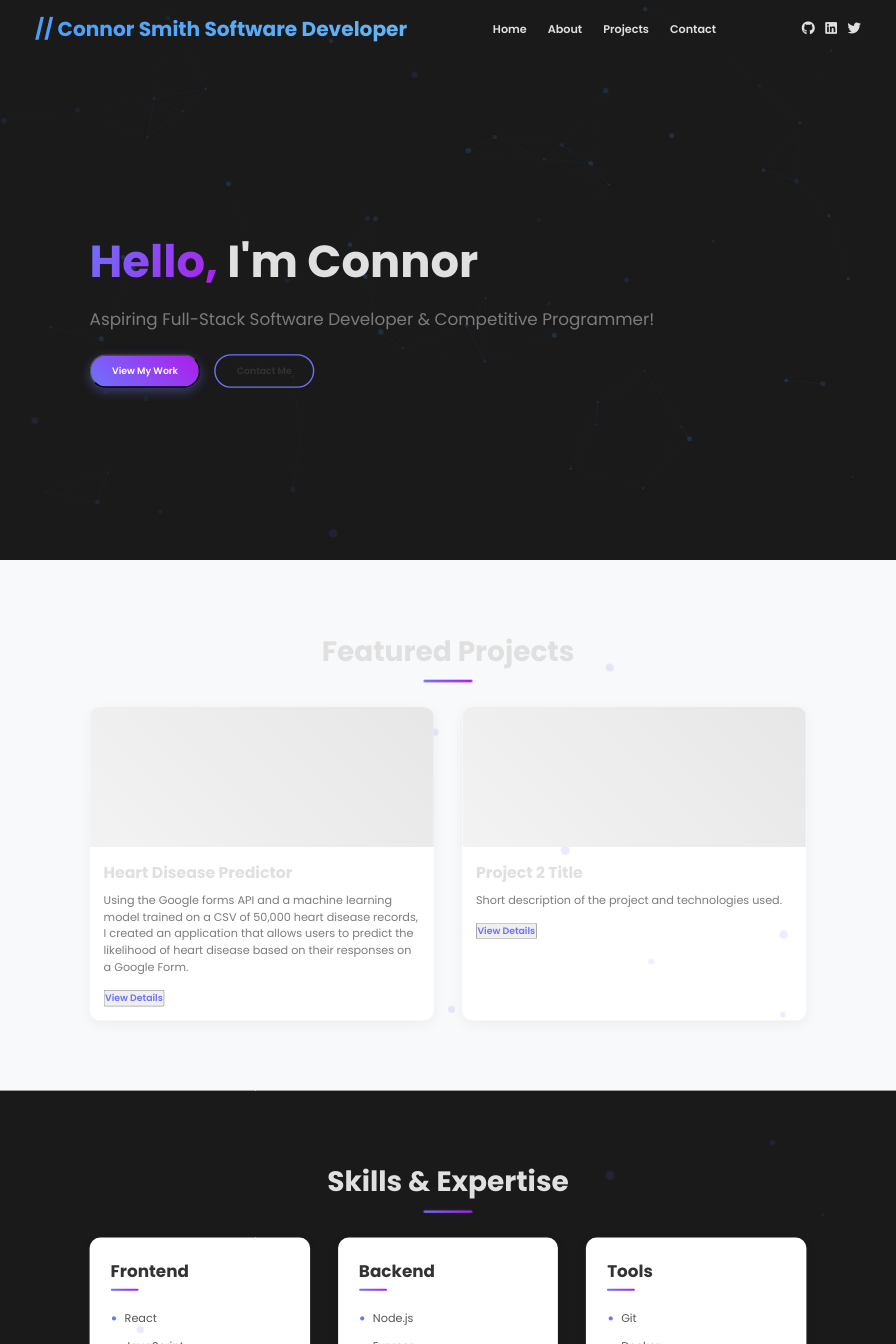
Repository: connorGS9/portfolio-website
Page: /
The author's editor kept a copy of each file at every save. The page is drawn from the files as they stood at one save, then again after the next save.
The browser window is 1280 px wide. The pictures show the part of the page from y = 0 to 1920 px (the page is 3322 px tall), at 70% of full size.
The project was rebuilt for these pictures with package versions that can differ from the ones it lists, and the page was loaded fresh each time.

Above is the page before, as saved 2025-05-28 22:42:52.

After the next save:
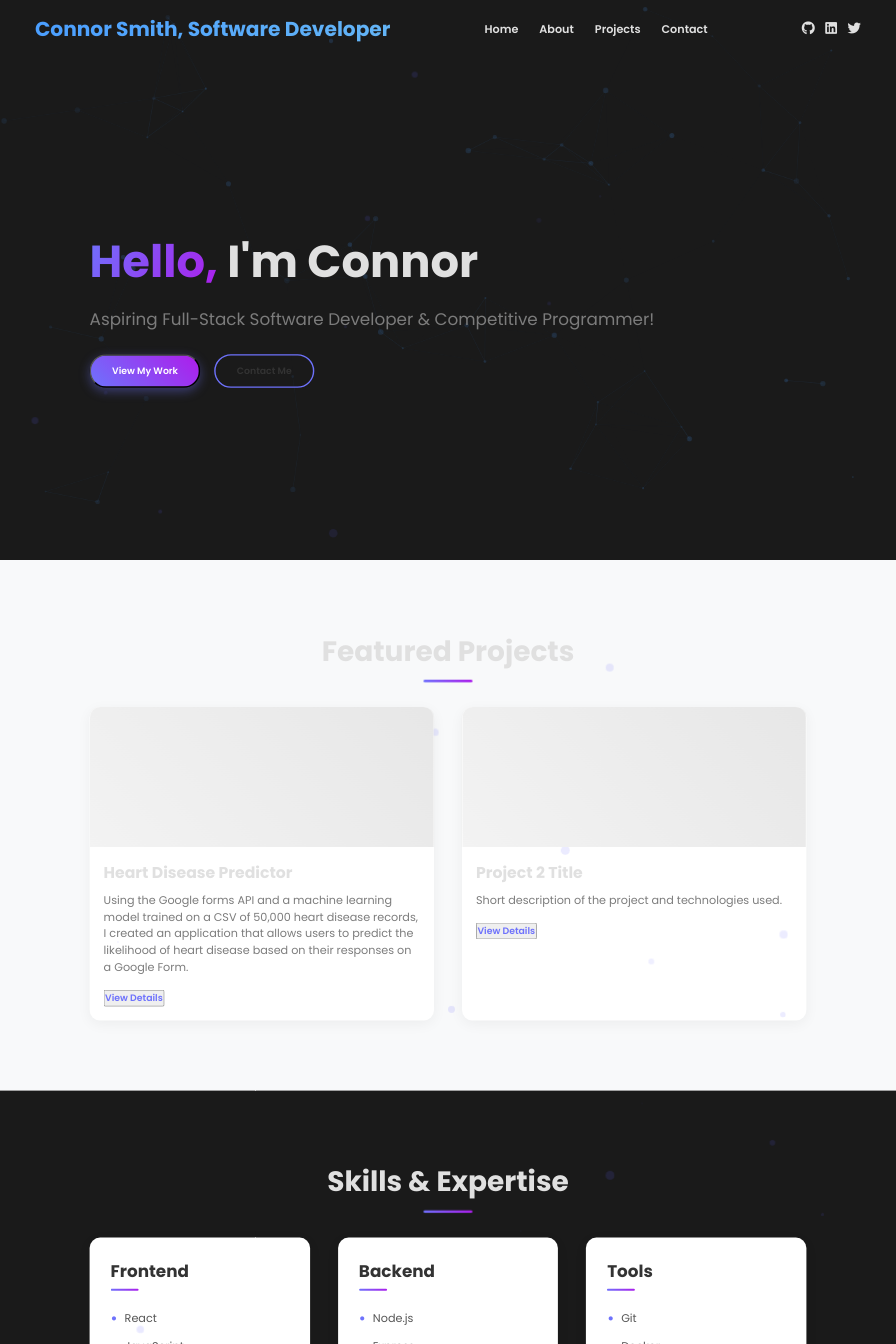
Saved 32 s later.
--- a/src/components/Navbar.jsx
+++ b/src/components/Navbar.jsx
@@ -34,7 +34,7 @@ const Navbar = () => {
           onClick={handleHomeClick}
           className="navbar__logo"
         >
-          <span className="logo-text">// Connor Smith Software Developer</span>
+          <span className="logo-text">Connor Smith, Software Developer</span>
         </button>
 
         <button
